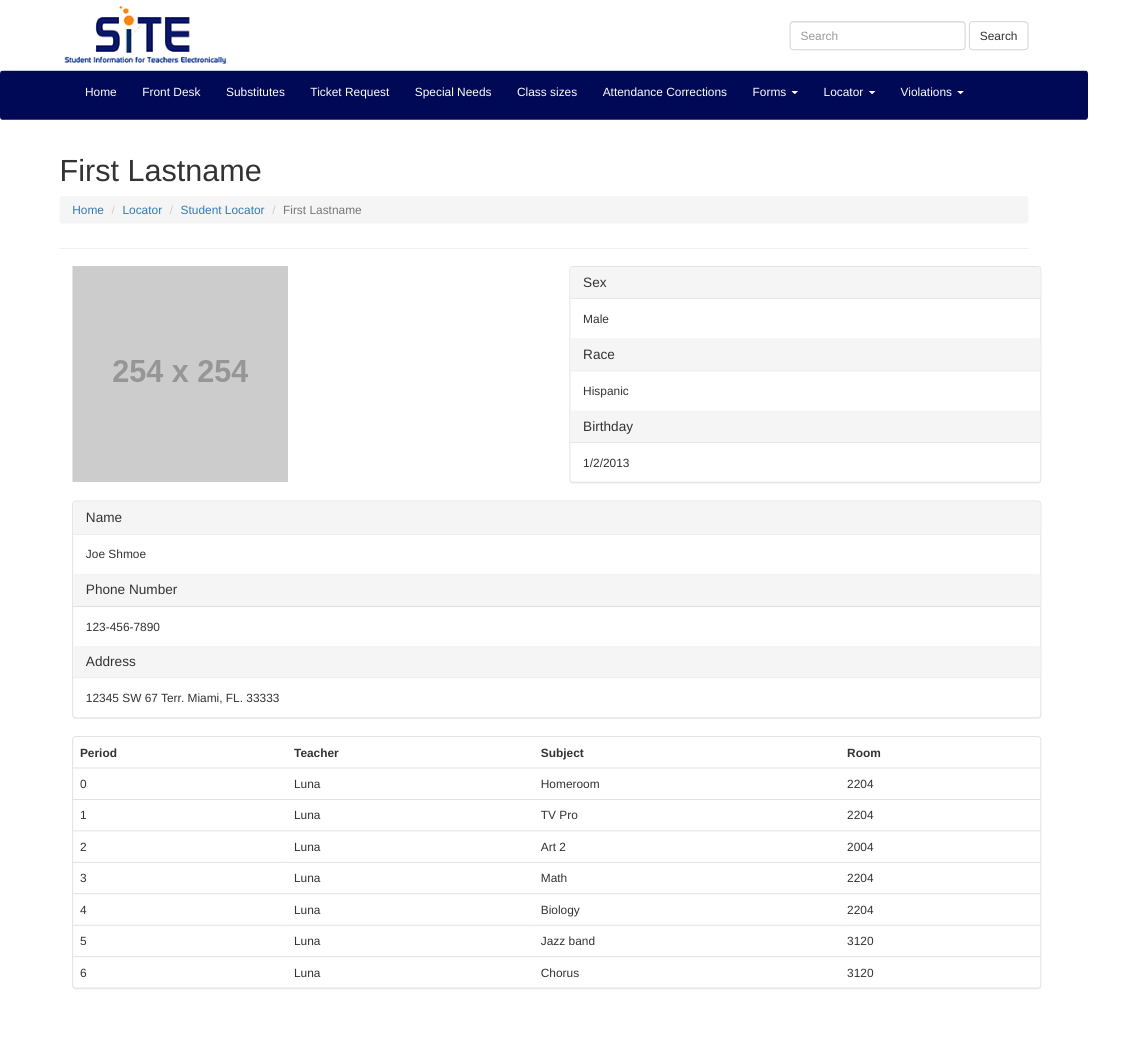
Repository: theFeez/S.I.T.E.
Page: workspace/student.html
The author's editor kept a record of every edit. The page is drawn from the files as they stood at one moment, then again after the next edit.
The browser window is 1280 px wide. The page is 1280 px wide, then 1350 px, so the pictures cover 1350 px, including what lies to the right of the window. The pictures show the whole page, at 85% of full size.
Some web libraries are served in a nearby version.

Above is the page before.

After the next edit:
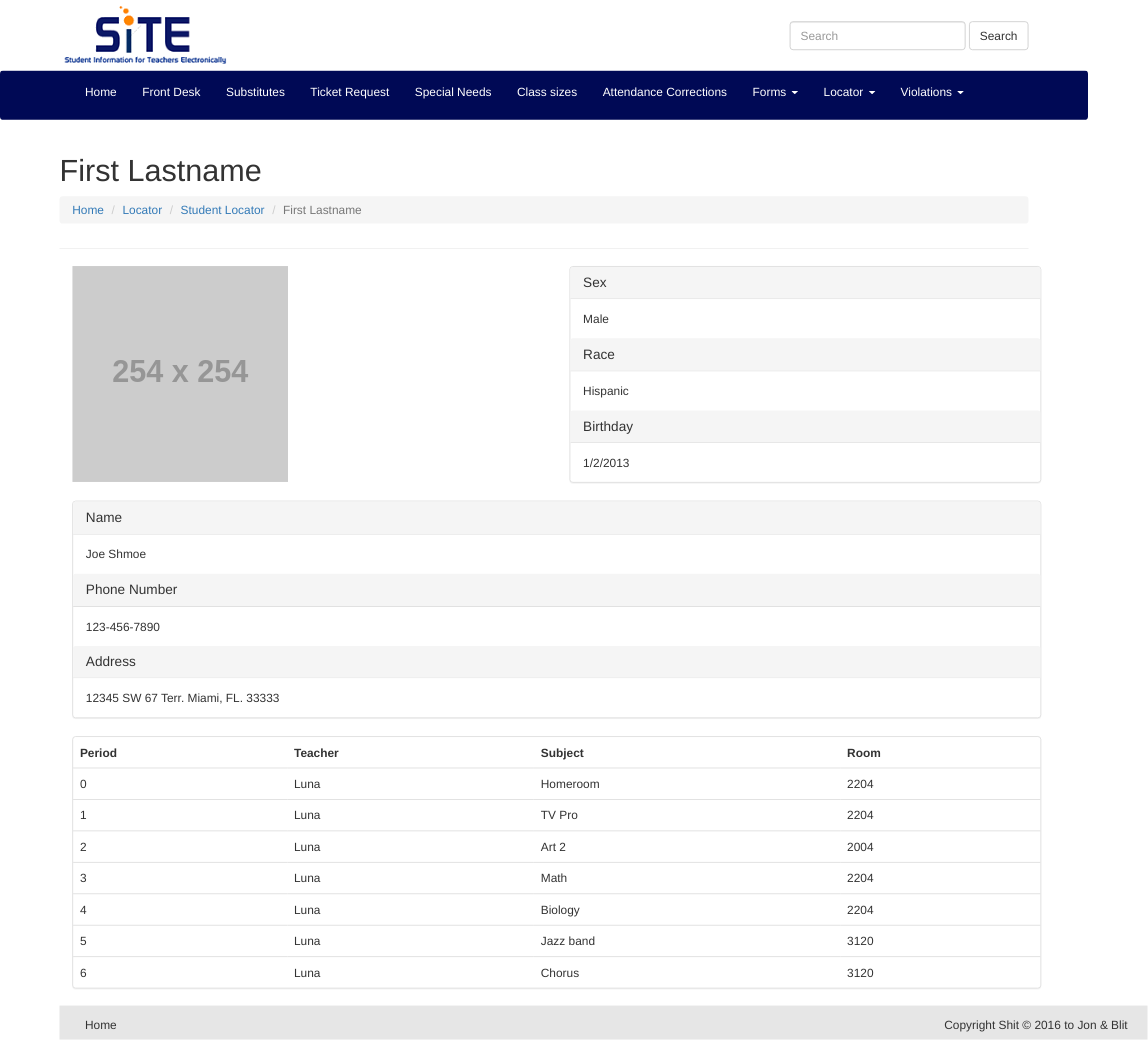
The edit:
--- a/workspace/student.html
+++ b/workspace/student.html
@@ -234,6 +234,13 @@
 
     </div>
 
+ <nav class="navbar-default-grey footer">
+    <div class="container-fluid">
+      <p class="navbar-text navbar-left">Home</p>
+      <p class="navbar-text navbar-right">Copyright Shit &#169; 2016 to Jon & Blit &nbsp &nbsp &nbsp</p>
+    </div>
+  </nav>
+
   <!-- jQuery (necessary for Bootstrap's JavaScript plugins) -->
   <script src="https://ajax.googleapis.com/ajax/libs/jquery/1.11.3/jquery.min.js"></script>
   <script src="script.js"></script>
